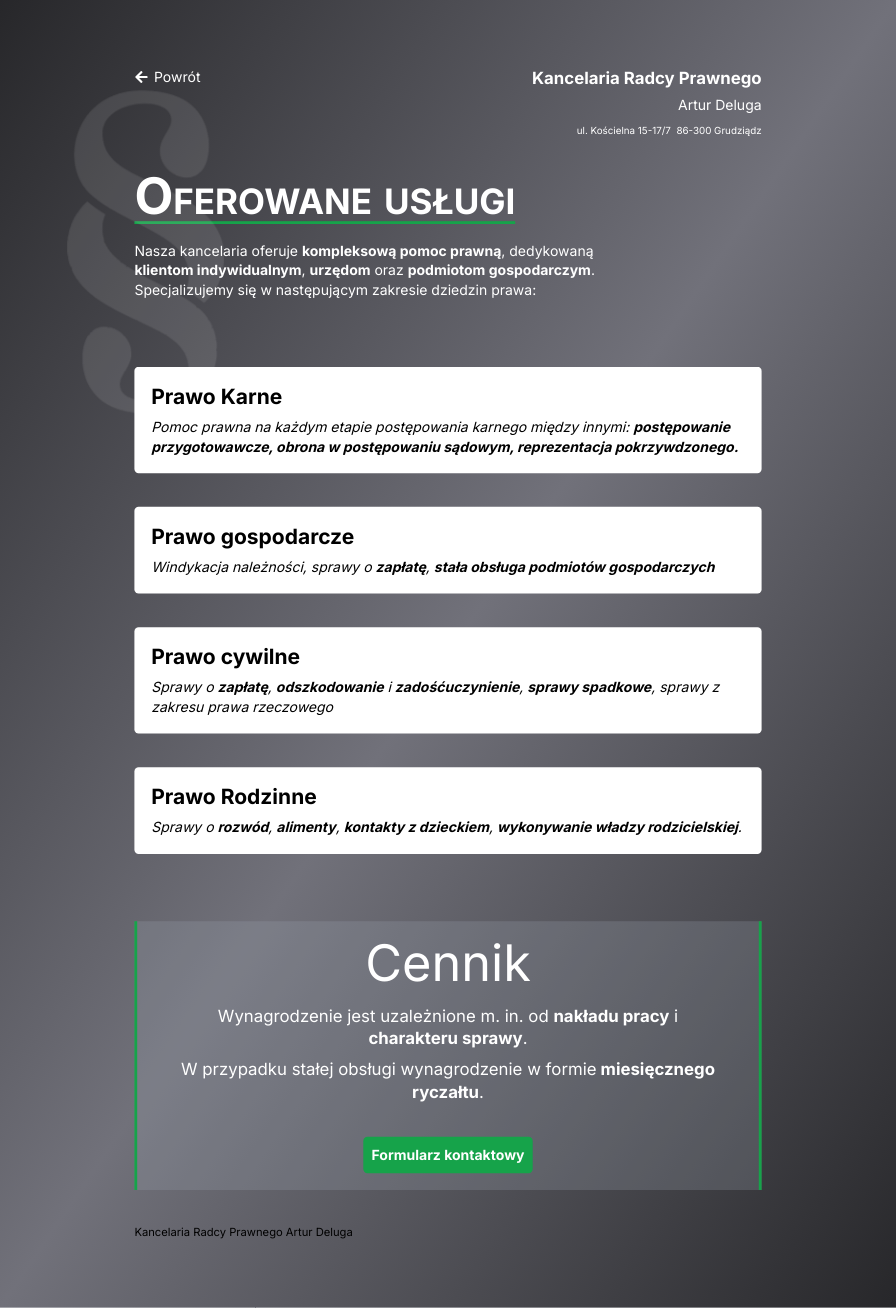
Repository: wesiudev/kancelaria-artur-deluga
Page: /oferta
These files come from the project's save history. The page is drawn as it stood at one moment and after the next save; the edit follows.
The browser window is 1280 px wide. The pictures show the whole page, at 70% of full size.
The project was rebuilt for these pictures with package versions that can differ from the ones it lists, and the page was loaded fresh each time. The framework's server and built-in components were replaced by stand-ins that run in the browser. Also part of the build but not shown: next.config.js.

Above is the page before, as saved 2023-08-09 17:23:04.

### app/layout.tsx
import "./globals.css";
import type { Metadata } from "next";
import { Inter } from "next/font/google";

const inter = Inter({ subsets: ["latin"] });

export const metadata: Metadata = {
  title: "Kancelaria Radcy Prawnego Artur Deluga",
  description:
    "Kancelaria Radcy Prawnego Grudziądz Prawo Karne, Pracwo cywilne, Prawo gospodarcze, Prawo Rodzinne. ul. Kościelna 15-17/7 86-300 Grudziądz. Pomoc prawna na każdym etapie postępowania karnego (postępowanie przygotowawcze, obrona w postępowaniu sądowym, reprezentacja pokrzywdzonego, etc.)",
  viewport: "width=device-width, initial-scale=1",
  icons: {
    icon: "/favicon.png",
  },
};

export default function RootLayout({
  children,
}: {
  children: React.ReactNode;
}) {
  return (
    <html lang="pl" className="scroll-smooth ">
      <body className={inter.className}>{children}</body>
    </html>
  );
}

### app/oferta/page.tsx
"use client";
import Image from "next/image";
import paragraphImage from "@/app/assets/paragraph.png";
import Link from "next/link";
import { FaArrowLeft } from "react-icons/fa";
import { useState } from "react";
const sendContactForm = async (data: any) =>
  fetch("/api/mail", {
    method: "POST",
    body: JSON.stringify(data),
    headers: { "Content-Type": "application/json", Accept: "application/json" },
  }).then((res) => {
    if (!res.ok) throw new Error("Failed to send message");
    return res.json();
  });

export default function OfferMobile() {
  const [isContactOpen, setContactOpen] = useState(false);
  const [firstName, setFirstName] = useState<string>("");
  const [email, setEmail] = useState<string>("");
  const [message, setMessage] = useState<string>("");

  const onSubmit = async () => {
    try {
      await sendContactForm({
        firstName: firstName,
        email: email,
        message: message,
      });
    } catch (error) {}
  };
  return (
    <div className="w-full mx-auto z-[2000] bg-gradient-to-br from-zinc-800 via-zinc-500 to-zinc-800 overflow-x-hidden text-black">
      <Image
        src={paragraphImage}
        alt="Paragraf obrazek w tle"
        width={224}
        height={224}
        className="fixed opacity-10 left-[50%] -translate-x-[50%] lg:-translate-x-0 lg:left-24 top-[50%] -translate-y-[50%]"
      />
      <div className="flex flex-col space-x-[100px] min-h-screen items-center py-24">
        <div className="flex flex-col w-[85vw] lg:w-[70vw] 2xl:w-[60vw] min-h-screen justify-center ">
          <div className="flex flex-col justify-between w-full">
            <div className="flex flex-row justify-between">
              <div className="w-1/2">
                <Link
                  className="group flex flex-row items-center mb-12 text-xl w-max text-white"
                  href="/"
                >
                  <FaArrowLeft className="mr-2 " />
                  <span className="hover:underline hover:underline-offset-4">
                    {" "}
                    Powrót
                  </span>
                </Link>
              </div>
              <div className="text-white">
                <h1 className="text-xl lg:text-2xl text-right sm:text-left font-bold">
                  Kancelaria Radcy Prawnego
                </h1>
                <div className="w-full flex justify-end">
                  <h2 className="text-xl mb-12 lg:mb-0 mt-2">Artur Deluga</h2>
                </div>
                <div
                  className={` flex-row space-x-2 text-sm justify-end mt-3 mb-12 hidden lg:flex`}
                >
                  <div>ul. Kościelna 15-17/7</div>
                  <div>86-300 Grudziądz</div>
                </div>
              </div>
            </div>

            <div className=" rounded-2xl  text-white">
              <div className="w-max">
                <h1 className="w-max text-4xl md:text-5xl lg:text-7xl text-white caps font-bold">
                  Oferowane usługi
                </h1>
                <div className="h-1 w-full mb-6 bg-green-600" />
              </div>

              <h2 className="text-left text-xl w-full lg:w-3/4 ">
                Nasza kancelaria oferuje{" "}
                <span className="font-bold"> kompleksową pomoc prawną</span>,
                dedykowaną{" "}
                <span className="font-bold">klientom indywidualnym</span>,{" "}
                <span className="font-bold">urzędom</span> oraz{" "}
                <span className="font-bold">podmiotom gospodarczym</span>.
                Specjalizujemy się w następującym zakresie dziedzin prawa:
              </h2>
            </div>
          </div>
          <div className="relative text-black flex flex-col space-y-12 mt-24">
            <div className="max-h-[50vh] border-0 hover:scale-105 duration-300 hover:bg-opacity-100 cursor-default  rounded-md bg-white  flex flex-col p-6 justify-between">
              <h1 className="text-xl lg:text-3xl font-bold">Prawo Karne</h1>
              <p className="text-sm sm:text-xl mt-3 italic">
                Pomoc prawna na każdym etapie postępowania karnego między
                innymi:{" "}
                <span className="font-bold">
                  postępowanie przygotowawcze, obrona w postępowaniu sądowym,
                  reprezentacja pokrzywdzonego.
                </span>
              </p>
            </div>
            <div className="max-h-[50vh] border-0 hover:scale-105 duration-300 hover:bg-opacity-100 cursor-default  rounded-md bg-white  flex flex-col justify-between p-6">
              <h1 className="text-xl lg:text-3xl font-bold">
                Prawo gospodarcze
              </h1>
              <p className="text-sm sm:text-xl mt-3 italic">
                Windykacja należności, sprawy o{" "}
                <span className="font-bold">zapłatę</span>,{" "}
                <span className="font-bold">
                  stała obsługa podmiotów gospodarczych
                </span>
              </p>
            </div>

            <div className="max-h-[50vh] border-0 hover:scale-105 duration-300 hover:bg-opacity-100 cursor-default rounded-md bg-white  flex flex-col p-6 justify-between">
              <h1 className="text-xl lg:text-3xl font-bold">Prawo cywilne</h1>
              <p className="text-sm sm:text-xl mt-3 italic">
                Sprawy o <span className="font-bold">zapłatę</span>,{" "}
                <span className="font-bold">odszkodowanie</span> i{" "}
                <span className="font-bold">zadośćuczynienie</span>,{" "}
                <span className="font-bold">sprawy spadkowe</span>, sprawy z
                zakresu prawa rzeczowego
              </p>
            </div>
            <div className="max-h-[50vh] border-0 hover:scale-105 duration-300 hover:bg-opacity-100 cursor-default rounded-md  bg-white  flex flex-col p-6 justify-between">
              <h1 className="text-xl lg:text-3xl font-bold">Prawo Rodzinne</h1>
              <p className="text-sm sm:text-xl mt-3 italic">
                Sprawy o <span className="font-bold">rozwód</span>,{" "}
                <span className="font-bold">alimenty</span>,{" "}
                <span className="font-bold">kontakty z dzieckiem</span>,{" "}
                <span className="font-bold">
                  wykonywanie władzy rodzicielskiej
                </span>
                .
              </p>
            </div>
          </div>
          <div className="text-white flex flex-col h-max my-auto px-3 lg:px-12  text-center relative w-full mt-12  lg:mx-auto lg:mt-24 border-l-4 border-r-4 border-green-600 py-3 lg:py-6 bg-gray-400 bg-opacity-25">
            <h1 className="text-5xl lg:text-7xl ">Cennik</h1>
            <p className="mt-6 text-base lg:text-2xl">
              Wynagrodzenie jest uzależnione m. in. od{" "}
              <span className="font-bold"> nakładu pracy</span> i{" "}
              <span className="font-bold">charakteru sprawy</span>.
            </p>
            <p className="mt-3 text-sm lg:text-2xl">
              W przypadku stałej obsługi wynagrodzenie w formie
              <span className="font-bold"> miesięcznego ryczałtu</span>.
            </p>
            <button
              onClick={() => setContactOpen(true)}
              className=" p-3 bg-green-600 hover:bg-green-500 duration-300 mt-12 w-max mx-auto  text-xl text-white font-bold rounded-md"
            >
              Formularz kontaktowy
            </button>
          </div>
          <div
            className={`bg-gray-400 rounded-full flex-row space-x-2 text-sm justify-center mt-24 flex lg:hidden z-[1000]`}
          >
            <div>ul. Kościelna 15-17/7</div>
            <div>86-300 Grudziądz</div>
          </div>
          <div className="w-full mx-auto mt-12">
            Kancelaria Radcy Prawnego Artur Deluga
          </div>
        </div>
      </div>
      <div
        className={`w-[80vw] fixed left-[50%] -translate-x-[50%] top-[50%] -translate-y-[50%] bg-gradient-to-bl from-black to-zinc-800 lg:w-max h-max px-12 rounded-3xl py-6 duration-300 ${
          isContactOpen ? "z-[2000] opacity-100" : "z-[-1000] opacity-0"
        }`}
      >
        <h1 className="text-3xl text-center">Kontakt</h1>

        <div className="flex flex-col space-y-3 mt-6 lg:mt-12">
          <div className="flex flex-col lg:flex-row lg:space-x-3">
            <div className="flex flex-col">
              Imię{" "}
              <input
                onChange={(e) => setFirstName(e.target.value)}
                value={firstName}
                id="fName"
                type="text"
                className="mt-2 text-black"
              />
            </div>
            <div className="flex flex-col mt-3 lg:mt-0">
              Email{" "}
              <input
                onChange={(e) => setEmail(e.target.value)}
                value={email}
                type="text"
                className="mt-2 text-black"
              />
            </div>
          </div>
          <div className="flex flex-col mt-2">
            Treść{" "}
            <textarea
              onChange={(e) => setMessage(e.target.value)}
              value={message}
              className="h-full resize-none text-black"
            ></textarea>
          </div>
        </div>
        <div className="w-full flex space-x-3">
          <button
            onClick={() => setContactOpen(false)}
            className="w-1/2 hover:underline py-2 mt-8"
          >
            Powrót
          </button>
          <button
            onClick={onSubmit}
            className="w-1/2 bg-purple-400 hover:bg-purple-300 duration-300 py-2 mt-8"
          >
            Wyślij
          </button>
        </div>
      </div>
    </div>
  );
}

### app/globals.css
@tailwind base;
@tailwind components;
@tailwind utilities;

:root {
  --foreground-rgb: 0, 0, 0;
  --background-start-rgb: 214, 219, 220;
  --background-end-rgb: 255, 255, 255;
}

@media (prefers-color-scheme: dark) {
  :root {
    --foreground-rgb: 255, 255, 255;
    --background-start-rgb: 0, 0, 0;
    --background-end-rgb: 0, 0, 0;
  }
}

body {
  color: rgb(var(--foreground-rgb));
  background: linear-gradient(
      to bottom,
      transparent,
      rgb(var(--background-end-rgb))
    )
    rgb(var(--background-start-rgb));
}

.expand {
  position: relative;
  text-decoration: none;
  display: inline-block;
}
.expand:after {
  display: block;
  content: "";
  border-bottom: solid 3px white;
  transform: scaleX(0);
  transition: transform 250ms ease-in-out;
  transform-origin: 100% 50%;
}
.expand:hover:after {
  transform: scaleX(1);
  transform-origin: 0 50%;
}

.caps {
  font-variant: small-caps;
}
html {
  scroll-behavior: smooth;
  color: #1a1a1a;
}

Loaded but not shown: tailwind.config.js (common file)

After the next save:
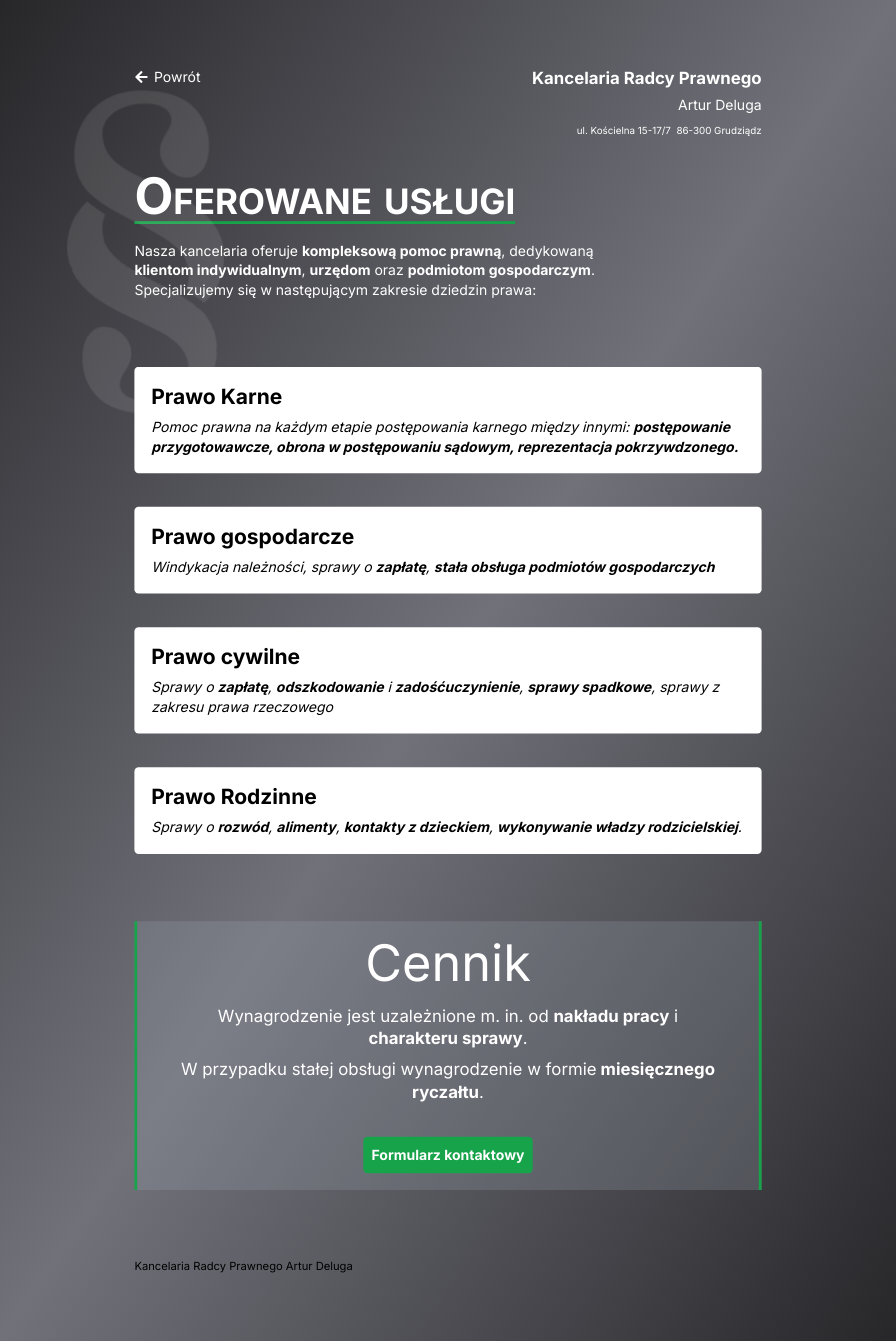
Saved 5 s later.
--- a/app/oferta/page.tsx
+++ b/app/oferta/page.tsx
@@ -161,7 +161,7 @@ export default function OfferMobile() {
             <div>ul. Kościelna 15-17/7</div>
             <div>86-300 Grudziądz</div>
           </div>
-          <div className="w-full mx-auto mt-12">
+          <div className="w-full mx-auto mt-24">
             Kancelaria Radcy Prawnego Artur Deluga
           </div>
         </div>
